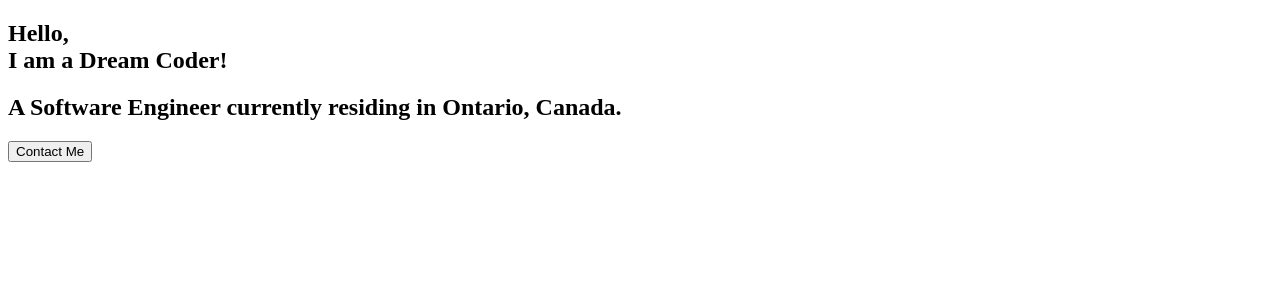
Repository: jennyjjung/H2ODaily
Page: index.html
These files come from the project's save history. The page is drawn as it stood at one moment and after the next save; the edit follows.
The browser window is 1280 px wide. The pictures show the whole page.

Above is the page before, as saved 2022-03-26 14:27:15.

After the next save:
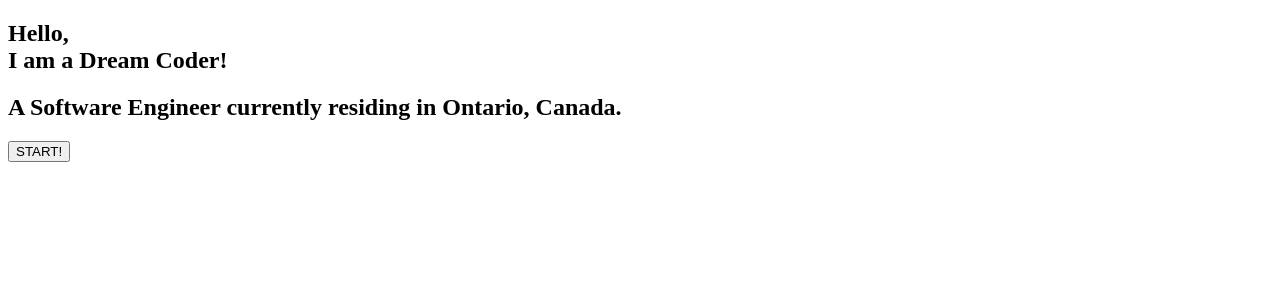
Saved 60 s later.
--- a/index.html
+++ b/index.html
@@ -14,7 +14,7 @@
     <div class= "home__container">
       <h1 class="home__title">Hello, <br>I am a Dream Coder!</h1>
       <h2 class="home__description">A Software Engineer currently residing in Ontario, Canada.</h2>
-      <button class="home__contact">Contact Me</button>
+      <button class="btn__home">START!</button>
     </div>
   </section>
 
